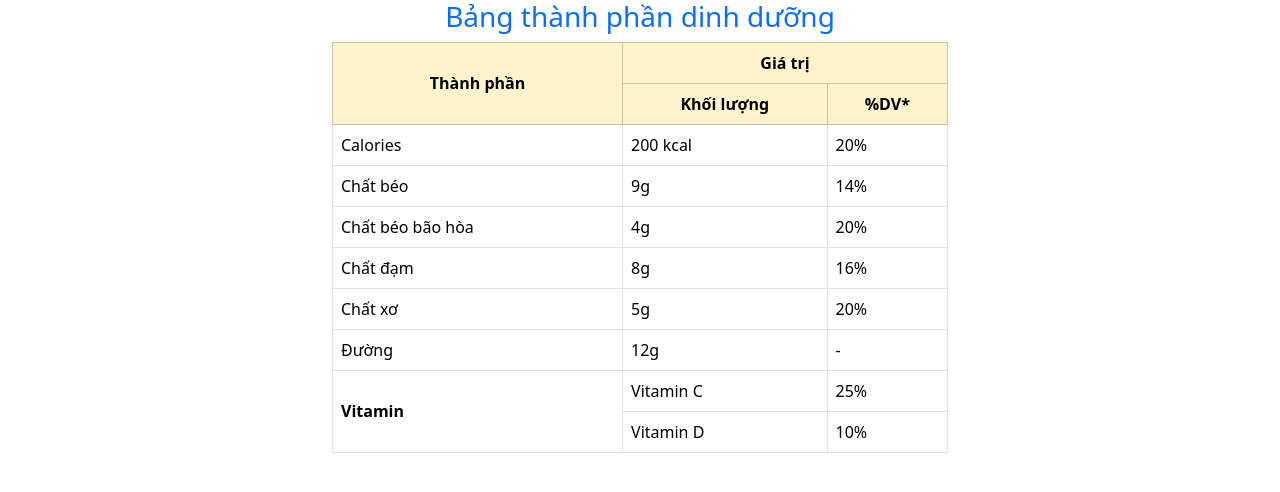
Repository: KizukoHeiwa/SOF308
Page: Lab2/bai1.html
An editor plug-in stored every save of this project. The page is shown before and after the next save, followed by the edit.
The browser window is 1280 px wide. The pictures show the whole page.

Above is the page before, as saved 2024-11-07 10:12:21.

### Lab2/bai1.html
<!DOCTYPE html>
<html lang="en">

<head>
    <meta charset="UTF-8">
    <meta name="viewport" content="width=device-width, initial-scale=1.0">
    <title>FPT Polytechnic</title>
</head>

<body>
    <div class="container-fluid w-50">
        <h3 class="text-center text-primary">Bảng thành phần dinh dưỡng</h3>
        <table class="table table-bordered align-middle">
            <thead class="table-warning text-center align-middle">
                <tr>
                    <th rowspan="2">Thành phần</th>
                    <th colspan="2">Giá trị</th>
                </tr>
                <tr>
                    <th>Khối lượng</th>
                    <th>%DV*</th>
                </tr>
            </thead>
            <tbody>
                <tr>
                    <td>Calories</td>
                    <td>200 kcal</td>
                    <td>20%</td>
                </tr>
                <tr>
                    <td>Chất béo</td>
                    <td>9g</td>
                    <td>14%</td>
                </tr>
                <tr>
                    <td>Chất béo bão hòa</td>
                    <td>4g</td>
                    <td>20%</td>
                </tr>
                <tr>
                    <td>Chất đạm</td>
                    <td>8g</td>
                    <td>16%</td>
                </tr>
                <tr>
                    <td>Chất xơ</td>
                    <td>5g</td>
                    <td>20%</td>
                </tr>
                <tr>
                    <td>Đường</td>
                    <td>12g</td>
                    <td>-</td>
                </tr>
                <tr>
                    <th rowspan="2">Vitamin</th>
                    <td>Vitamin C</td>
                    <td>25%</td>
                </tr>
                <tr>
                    <td>Vitamin D</td>
                    <td>10%</td>
                </tr>
            </tbody>
        </table>
    </div>

    <link href="https://cdn.jsdelivr.net/npm/bootstrap@5.3.3/dist/css/bootstrap.min.css" rel="stylesheet">
    <link rel="stylesheet" href="https://cdnjs.cloudflare.com/ajax/libs/font-awesome/6.0.0-beta3/css/all.min.css">
    <script src="https://cdn.jsdelivr.net/npm/bootstrap@5.3.3/dist/js/bootstrap.bundle.min.js"></script>
</body>

</html>

After the next save:
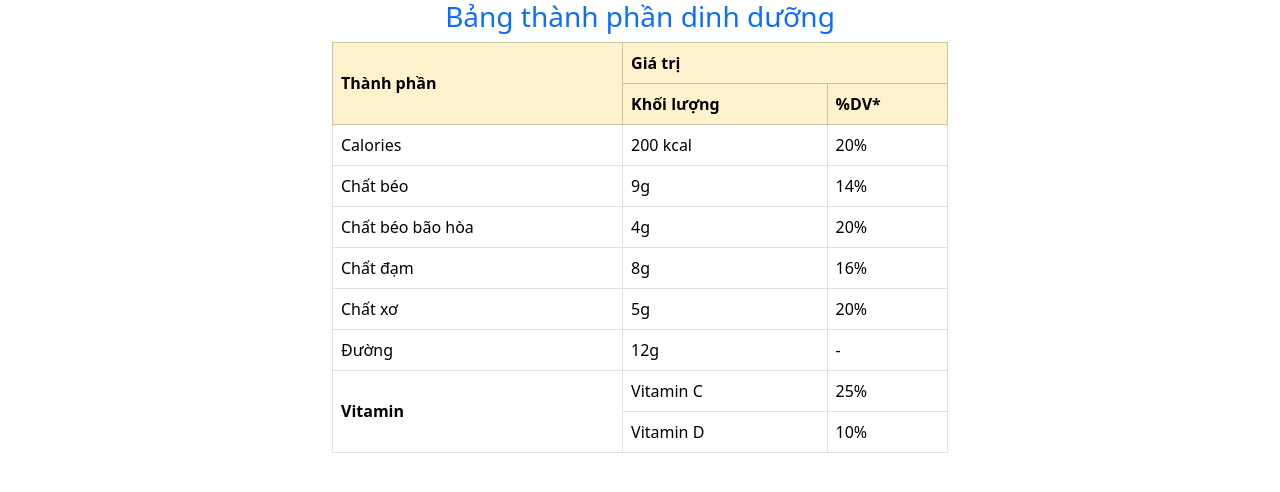
Saved 9 s later.
--- a/Lab2/bai1.html
+++ b/Lab2/bai1.html
@@ -11,7 +11,7 @@
     <div class="container-fluid w-50">
         <h3 class="text-center text-primary">Bảng thành phần dinh dưỡng</h3>
         <table class="table table-bordered align-middle">
-            <thead class="table-warning text-center align-middle">
+            <thead class="table-warning align-middle">
                 <tr>
                     <th rowspan="2">Thành phần</th>
                     <th colspan="2">Giá trị</th>
